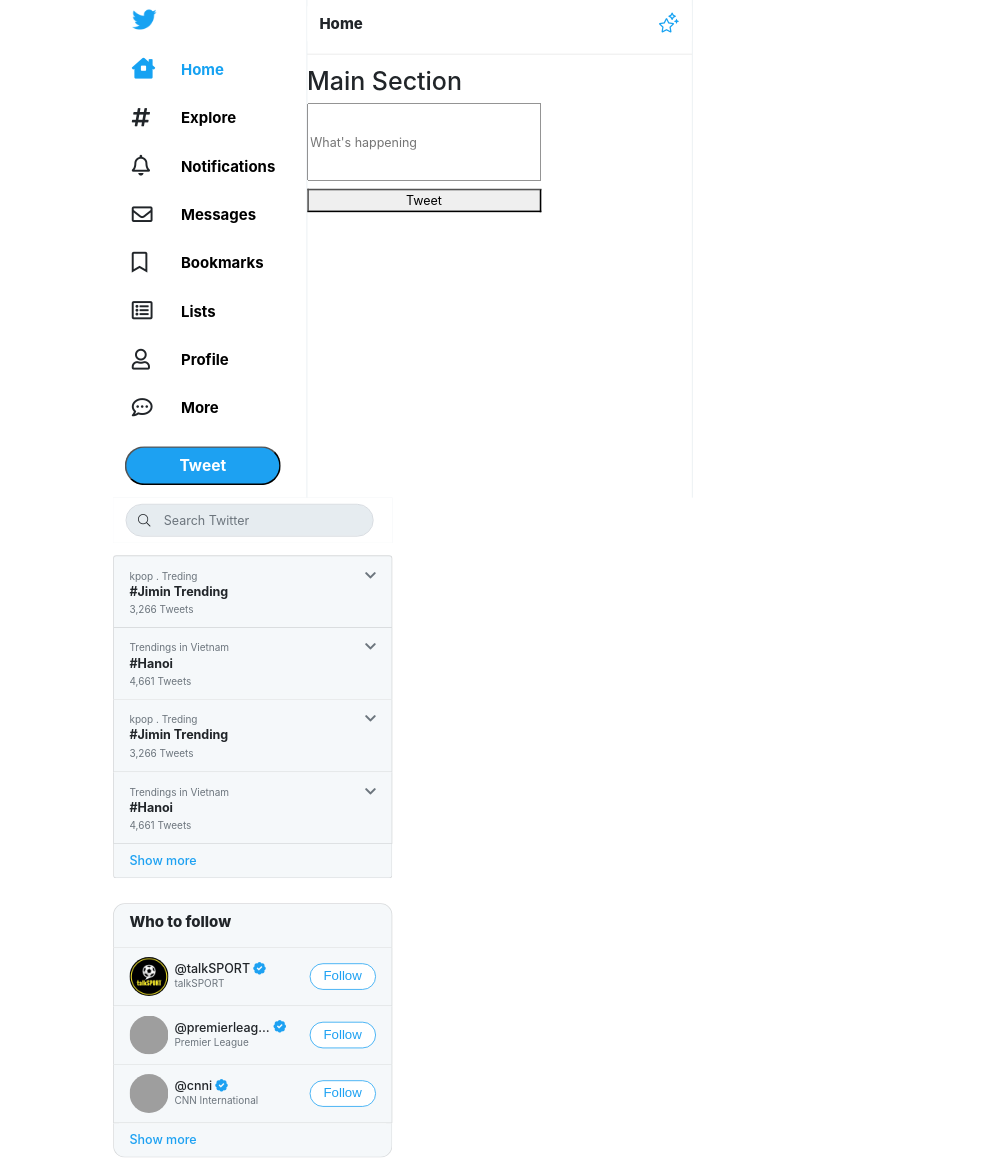
Repository: tts2610/Twitter-clone
Page: index.html
These files come from the project's save history. The page is drawn as it stood at one moment and after the next save; the edit follows.
The browser window is 1280 px wide. The pictures show the whole page, at 78% of full size.
Pictures or frames that could not be fetched are drawn as grey boxes.

Above is the page before, as saved 2020-05-23 15:13:12.

After the next save:
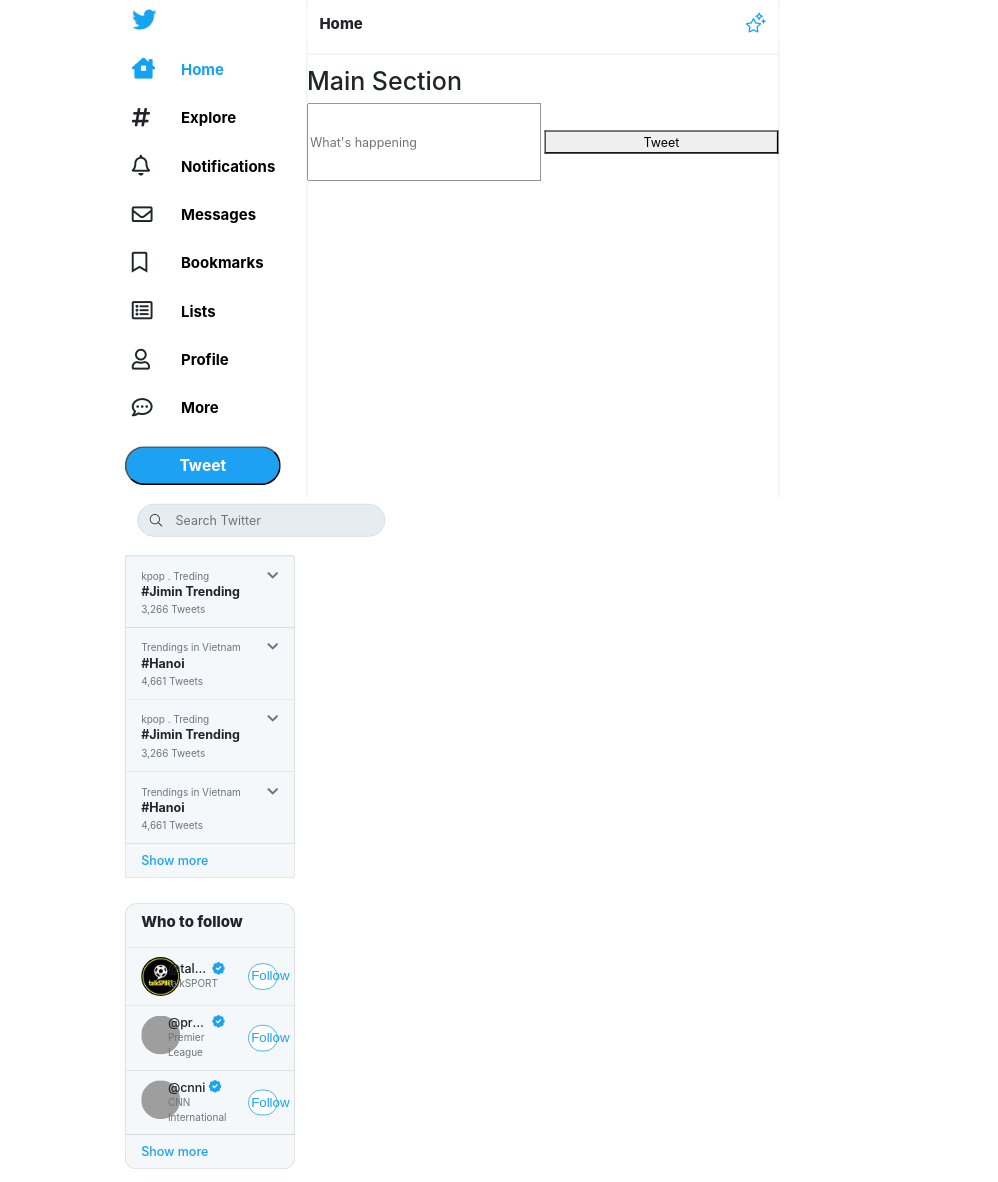
Saved 6 s later.
--- a/index.html
+++ b/index.html
@@ -87,7 +87,7 @@
                 </div>
             </div>
 
-            <div class="col-6" style="border-right: #e6ecf0 solid 1px; border-left: #e6ecf0 solid 1px; padding-left: 0px; padding-right: 0px;">
+            <div class="col-6-sm" style="border-right: #e6ecf0 solid 1px; border-left: #e6ecf0 solid 1px; padding-left: 0px; padding-right: 0px;">
                 <nav class="navbar sticky-top navbar-light my-2" id="leftNav">
                     <span>Home</span>
                     <span style="color: #16a2f2;"><i class="fal fa-stars fa-lg"></i></span>
@@ -106,7 +106,7 @@
                 </div>
             </div>
 
-            <div class="col-3-sm">
+            <div class="col-3">
                 <nav class="navbar sticky-top navbar-light" id="rightNav">
                     <span style="position: absolute;z-index: 100;"><i class="fal fa-search ml-3"></i></span>
                     <div><input class="form-control mr-sm-2 pl-5" type="search" placeholder="Search Twitter" aria-label="Search" id="search"></div>
